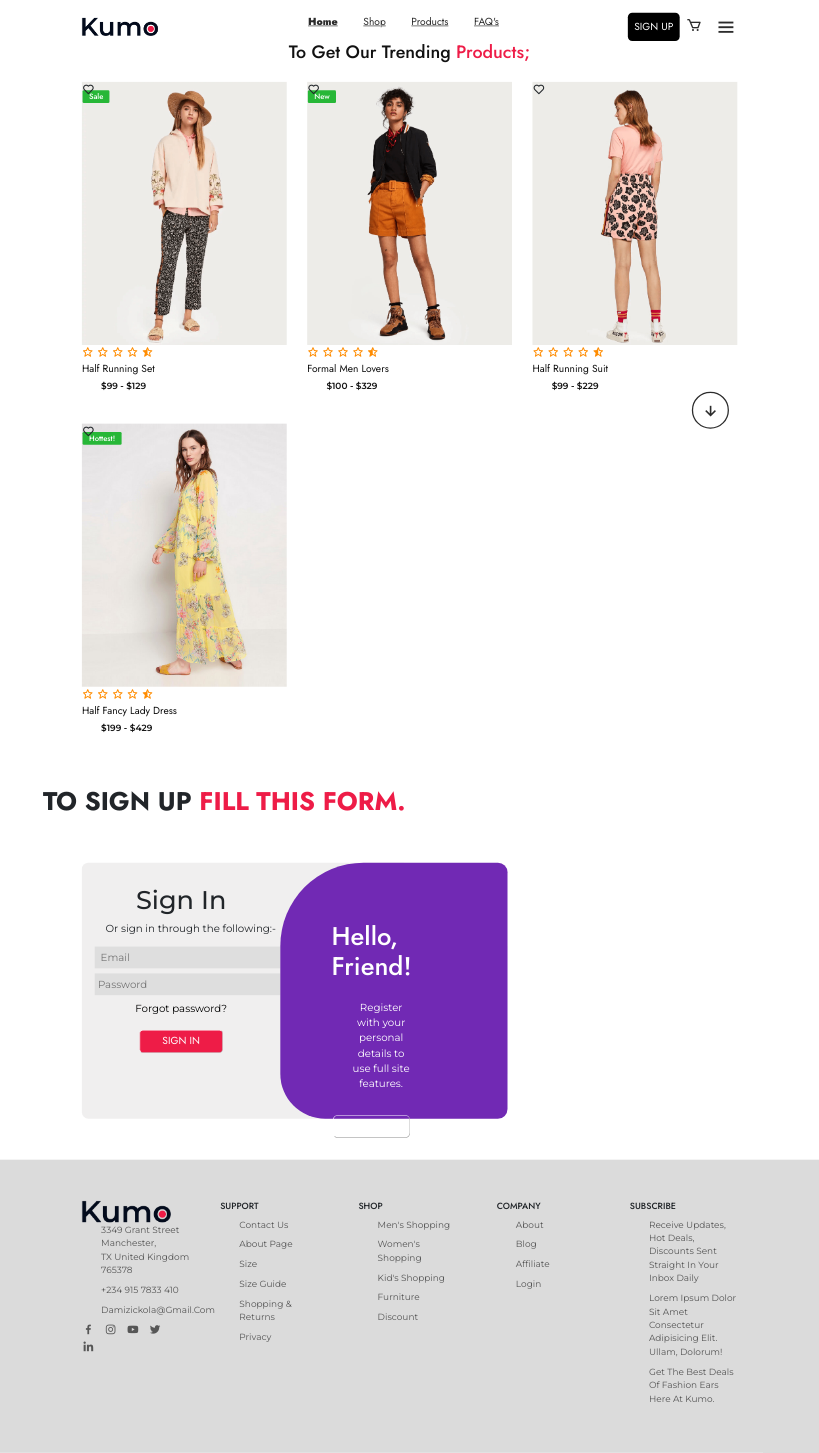
Repository: isaacCodes1/Kumo-Website.
Page: form.html
The author's editor kept a copy of each file at every save. The page is drawn from the files as they stood at one save, then again after a run of saves.
The browser window is 1280 px wide. The pictures show the whole page, at 64% of full size.

Above is the page before, as saved 2024-03-26 11:31:18.

After the next 2 saves:
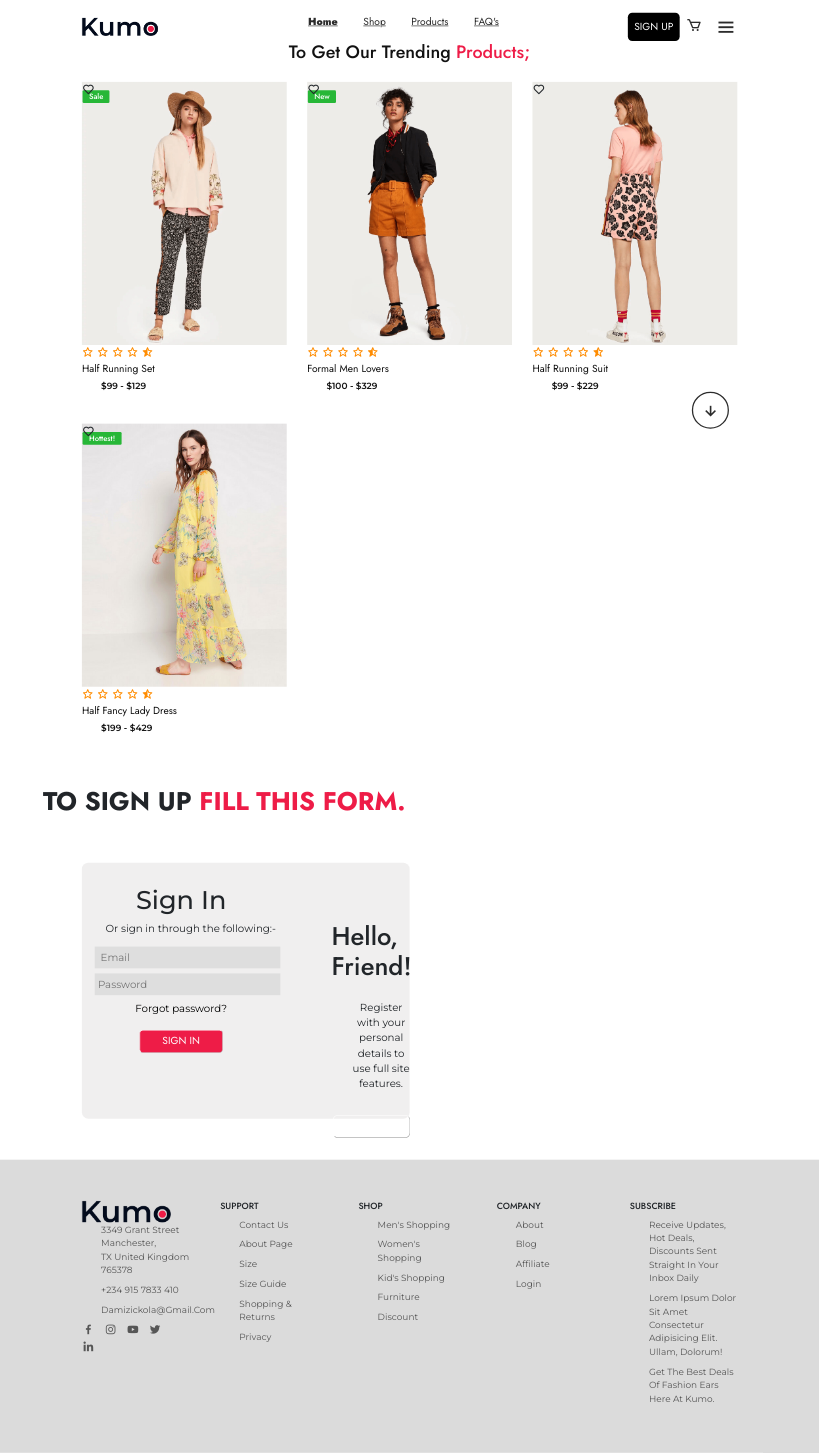
The 2 saves are shown as one change because they came seconds apart.
The last was saved 13 s later.
--- a/style.css
+++ b/style.css
@@ -472,7 +472,7 @@ swiper-slide img {
   align-items: center;
   flex: 1;
   gap: 20px;
-  background-color: rgb(113, 41, 180);
+  background-color:#ee1c47
   color: white;
   border-radius: 130px 15px 15px 70px;
   font-family: montserrat;
